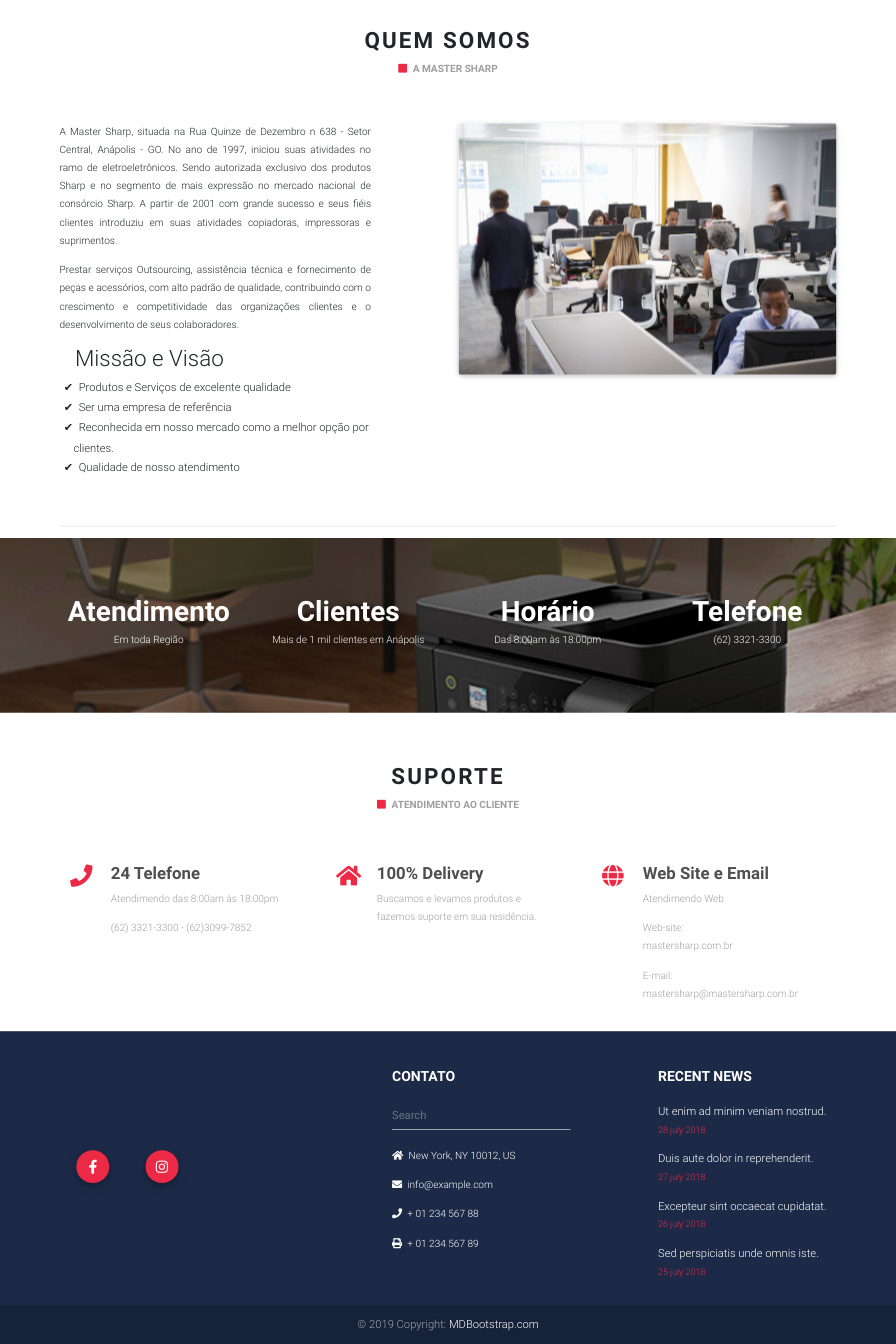
Repository: SalomaoMiguel/mastshap
Page: html/index.html
An editor plug-in stored every save of this project. The page is shown before and after a run of saves, followed by the edit.
The browser window is 1280 px wide. The pictures show the part of the page from y = 1373 to 3293 px (the page is 3293 px tall), at 70% of full size.
Some web libraries are served in a nearby version.

Above is the page before, as saved 2021-02-17 15:35:50.

### html/index.html
<!DOCTYPE html>
<html lang="pt-br">

<head>
  <meta charset="utf-8">
  <meta name="viewport" content="width=device-width, initial-scale=1, shrink-to-fit=no">
  <meta http-equiv="x-ua-compatible" content="ie=edge">
  <title>Master Sharp</title>
  <!-- Font Awesome -->
  <link rel="stylesheet" href="https://use.fontawesome.com/releases/v5.8.2/css/all.css">
  <!-- Bootstrap core CSS -->
  <link href="../css/bootstrap.min.css" rel="stylesheet">
  <!-- Material Design Bootstrap -->
  <link href="../css/mdb.min.css" rel="stylesheet">
  <style>
    html,
        body,
        header,
        .jarallax {
          height: 100%;
        }

        @media (min-width: 560px) and (max-width: 740px) {
          html,
          body,
          header,
          .jarallax {
            height: 500px;
          }
        }

        @media (min-width: 800px) and (max-width: 850px) {
            html,
            body,
            header,
            .jarallax {
              height: 600px;
            }
        }

        @media (min-width: 800px) and (max-width: 850px) {
            .navbar:not(.top-nav-collapse) {
                background: #24355c!important;
            }
            .navbar {
              box-shadow: 0 2px 5px 0 rgba(0,0,0,.16), 0 2px 10px 0 rgba(0,0,0,.12) !important;
            }
        }
    </style>
</head>

<body class="intro-page transport-lp">

  <!--Navigation & Intro-->
  <header>

    <!--Navbar-->
    <nav class="navbar fixed-top navbar-expand-lg navbar-dark scrolling-navbar" style="background-color: #f7f7f7!important;">
      <div class="container">
        <a class="navbar-brand" href="#"><img src="../imga/logo/logomastersharp.png" class="img-fluid  " alt="My photo"></a>
        <button class="navbar-toggler" type="button" data-toggle="collapse" data-target="#navbarSupportedContent"
          aria-controls="navbarSupportedContent" aria-expanded="false" aria-label="Toggle navigation">
          <span class="navbar-toggler-icon"></span>
        </button>
        <div class="collapse navbar-collapse " id="navbarSupportedContent">
          <!--Links-->
          <ul class="navbar-nav mr-auto ml-auto smooth-scroll ">
            <li class="nav-item">
              <a class="nav-link text-muted" href="#home">Início <span class="sr-only">(current)</span></a>
            </li>

            <li class="nav-item">
              <a class="nav-link text-muted" href="#about" data-offset="100">Quem Somos</a>
            </li>
            <li class="nav-item">
              <a class="nav-link text-muted" href="#services" data-offset="30">Soluções</a>
            </li>
            <li class="nav-item">
              <a class="nav-link text-muted" href="#features" data-offset="100">Parceiros</a>
            </li>
            <li class="nav-item">
              <a class="nav-link text-muted" href="#suport" data-offset="100">Suporte</a>
            </li>
            <li class="nav-item">
              <a class="nav-link text-muted" href="#contact" data-offset="30">Contato</a>
            </li>
          </ul>

          <!--Social Icons-->
          <ul class="navbar-nav nav-flex-icons">
            <li class="nav-item">
              <a class="nav-link" href="https://api.whatsapp.com/send?phone=5562991729598&#038;text=Gostaria de informações sobre a Master Sharp" target="_blank" rel="noopener noreferrer"><i class="fab fa-whatsapp text-success"> (62) 99172-9598</i></a>
            </li>
            <li class="nav-item">
              <a class="nav-link" href="https://api.whatsapp.com/send?phone=5562993291564&#038;text=Gostaria de informações sobre a Master Sharp" target="_blank" rel="noopener noreferrer" ><i class="fab fa-whatsapp text-success"> (62) 99329-1564</i></a>
            </li>
          </ul>
        </div>
      </div>
    </nav>
    <!--/Navbar-->

    <!-- Intro Section -->
    <div id="home" class="view jarallax" data-jarallax='{"speed": 0.2}' style="background-image: url('../imga/back/impressorapeople.png'); background-repeat: no-repeat; background-size: cover; background-position: center center;">
      <div class="mask rgba-black-light">
        <div class="container h-100 d-flex justify-content-center align-items-center">
          <div class="row smooth-scroll">
            <div class="col-md-12 white-text text-center">
              <div class="wow fadeInDown" data-wow-delay="0.2s">
                <h1 class="display-4 text-uppercase rgba-black-light px-3 py-2"><strong class="font-weight-bold">Master Sharp sempre inovando.</strong></h1>
                <h5 class="white-text mt-5"></h5>
                <h2 class="white-text text-uppercase h2-responsive font-weight-bold mb-5 mt-4"> Oferecendo assim a melhor solução para redução de custos.</h2>
                <a href="https://api.whatsapp.com/send?phone=5562993291564&#038;text=Gostaria de informações sobre a Master Sharp" target="_blank" rel="noopener noreferrer" data-offset="100" class="btn btn-success btn-rounded"><i class="fab fa-whatsapp text-white" style="font-size: 18px;"> <span class="text-white"> </span></i> &nbsp; Fale conosco</a>
              </div>
            </div>
          </div>
        </div>
      </div>
    </div>

  </header>
  <!--/Navigation & Intro-->

  <!--Main content-->
  <main>

    <!--First container-->
    <div class="container-fluid background-z">
      <div class="container">

        <!--Section: Possibilities-->
        <section class="py-4">

          <!--Secion heading-->
          <h2 id="services" class="text-center text-uppercase font-weight-bold mt-5 pt-4 spacing wow fadeIn" data-wow-delay="0.2s"><strong>Soluções</strong></h2>

          <!--Section description-->
          <p class="text-center text-uppercase font-weight-bold grey-text mb-5 pb-3 wow fadeIn" data-wow-delay="0.2s"><i
              class="fas fa-square red-text-2 mr-2" aria-hidden="true"></i> Nossos Serviços</p>

          <!--First row-->
          <div class="row mb-5 wow fadeIn" data-wow-delay="0.4s">

            <div class="col-lg-3 col-md-6 text-center pt-1">
              <div class="icon-area">
                <div class="circle-icon">
                  <i class="fas fa-print"></i>
                </div>
                <br>
                <strong>Locação de Impressoras</strong>
                <p>Soluções Corporativas em impressão e cópias..</p>
              </div>
            </div>

            <div class="col-lg-3 col-md-6 text-center pt-1">
              <div class="icon-area">
                <div class="circle-icon">
                  <i class="fas fa-print"></i>
                </div>
                <br>
                <strong>Manutenção de Impressoras</strong>
                <p>Equipe de Assistência Técnica altamente qualificada, jovem mas competente e com vasta experiência no seu segmento de atuação.</p>
              </div>
            </div>

            <div class="col-lg-3 col-md-6 text-center pt-1">
              <div class="icon-area">
                <div class="circle-icon">
                  <i class="fas fa-print"></i>
                </div>
                <br>
                <strong>Toners e Recargas</strong>
                <p>Somos especializados em recarga de toners. Oferecemos a sua empresa um serviço de qualidade por um preço acessível.</p>
              </div>
            </div>

            <div class="col-lg-3 col-md-6 text-center pt-1">
              <div class="icon-area">
                <div class="circle-icon">
                  <i class="fas fa-print"></i>
                </div>
                <br>
                <strong>Vendas de Impressoras</strong>
                <p>Sharp, Brother, Samsung, Ricoh, HP, Epson e muito mais. Impressoras de varios modelos.</p>
              </div>
            </div>

          </div>
          <!--/First row-->

        </section>
        <!--/Section: Possibilities-->

      </div>
    </div>
    <!--/First container-->

    <!--Second container-->
    <div class="container">

      <!--Section: About-->
      <section id="about" class="about my-5">

        <!--Secion heading-->
        <h2 class="text-center text-uppercase font-weight-bold mt-5 pt-4 pt-4 spacing wow fadeIn" data-wow-delay="0.2s"><strong>Quem Somos</strong></h2>

        <!--Section description-->
        <p class="text-center text-uppercase font-weight-bold grey-text mb-5 pb-3 wow fadeIn" data-wow-delay="0.2s"><i
            class="fas fa-square red-text-2 mr-2" aria-hidden="true"></i>A Master Sharp</p>

        <!--First row-->
        <div class="row">

          <!--First column column-->
          <div class="col-xl-5 col-lg-6 pb-1 wow fadeIn" data-wow-delay="0.4s">

            <!--Description-->
            <p align="justify">A Master Sharp, situada na Rua Quinze de Dezembro n 638 - Setor Central, Anápolis - GO. No ano de 1997, iniciou suas atividades no ramo de eletroeletrônicos. Sendo autorizada exclusivo dos produtos Sharp e no segmento de mais expressão no mercado nacional de consórcio Sharp. A partir de 2001 com grande sucesso e seus fiéis clientes introduziu em suas atividades copiadoras, impressoras e suprimentos.
            </p>

            <p align="justify">Prestar serviços Outsourcing, assistência técnica e fornecimento de peças e acessórios, com alto padrão de qualidade, contribuindo com o crescimento e competitividade das organizações clientes e o desenvolvimento de seus colaboradores.</p>

            <ul>
              <h2> Missão e Visão</h2>
              <li>Produtos e Serviços de excelente qualidade</li>
              <li>Ser uma empresa de referência</li>
              <li>Reconhecida em nosso mercado como a melhor opção por clientes.</li>
              <li>Qualidade de nosso atendimento</li>
            </ul>

          </div>
          <!--/First column-->

          <!--Column column-->
          <div class="col-xl-6 ml-lg-auto col-lg-6 mb-5 wow fadeIn" data-wow-delay="0.4s">

            <!--Image-->
            <img src="../imga/back/officess.jpg" class="img-fluid rounded z-depth-1"
              alt="My photo">

          </div>
          <!--/Column column-->

        </div>
        <!--/First row-->

      </section>
      <!--/Section: About-->

      <hr>

      <!--Section: Services-->

      <!--/Section: Services-->

    </div>
    <!--/Second container-->

    <!--Streak-->
    <div class="streak streak-photo" style="background-image:url('../imga/back/epson.jpg')">
      <div class="mask flex-center rgba-black-light">
        <div class="container">

          <!--First row -->
          <div class="row text-white text-center wow fadeIn" data-wow-delay="0.2s">

            <!--First column -->
            <div class="col-md-3 mb-2">
              <h1 class="white-text mb-1 font-weight-bold"><strong>Atendimento</strong></h1>
              <p>Em toda Região</p>
            </div>
            <!-- First column -->

            <!--Second column -->
            <div class="col-md-3 mb-2">
              <h1 class="white-text mb-1 font-weight-bold"><strong>Clientes</strong></h1>
              <p>Mais de 1 mil clientes em Anápolis</p>
            </div>
            <!-- Second column -->

            <!--Third column -->
            <div class="col-md-3 mb-2">
              <h1 class="white-text mb-1 font-weight-bold"><strong>Horário</strong></h1>
              <p>Das 8:00am às 18:00pm</p>
            </div>
            <!-- Third column -->

            <!--Fourth column -->
            <div class="col-md-3">
              <h1 class="white-text mb-1 font-weight-bold"><strong>Telefone</strong></h1>
              <p>(62) 3321-3300</p>
            </div>
            <!-- Fourth column -->

          </div>
          <!-- First row -->
        </div>
      </div>
    </div>
    <!--/Streak-->

    <!--Third container-->
    <div class="container">

      <!--Section: Features v.4-->
      <section id="suport" class="feature-box">

        <!--Secion heading-->
        <h2 class="text-center text-uppercase font-weight-bold mt-5 pt-4 spacing wow fadeIn" data-wow-delay="0.2s"><strong>Suporte</strong></h2>

        <!--Section description-->
        <p class="text-center text-uppercase font-weight-bold grey-text mb-5 wow fadeIn" data-wow-delay="0.2s"><i class="fas fa-square red-text-2 mr-2"
            aria-hidden="true"></i>Atendimento ao cliente</p>

        <!--Grid row-->
        <div class="row features-small pt-4">

          <!--Grid column-->
          <div class="col-md-4 mb-4">
            <div class="col-1 col-md-2 float-left">
              <i class="fas fa-phone red-text-2 fa-2x"></i>
            </div>
            <div class="col-10 col-md-9 col-lg-10 float-right">
              <h4 class="font-weight-bold dark-grey-text">24 Telefone </h4>
              <p class="grey-text"> Atendimendo das 8:00am às 18:00pm</p>
              <p class="grey-text"> (62) 3321-3300 - (62)3099-7852</p>
            </div>
          </div>
          <!--Grid column-->

          <!--Grid column-->
          <div class="col-md-4 mb-4">
            <div class="col-1 col-md-2 float-left">
              <i class="fas fa-home red-text-2 fa-2x"></i>
            </div>
            <div class="col-10 col-md-9 col-lg-10 float-right">
              <h4 class="font-weight-bold dark-grey-text">100% Delivery</h4>
              <p class="grey-text"> Buscamos e levamos produtos e fazemos suporte em sua residência.</p>
            </div>
          </div>
          <!--Grid column-->

          <!--Grid column-->
          <div class="col-md-4 mb-4">
            <div class="col-1 col-md-2 float-left">
              <i class="fas fa-globe red-text-2 fa-2x"></i>
            </div>
            <div class="col-10 col-md-9 col-lg-10 float-right">
              <h4 class="font-weight-bold dark-grey-text">Web Site e  Email</h4>
              <p class="grey-text">Atendimendo Web</p>
              <p class="grey-text">Web-site:&emsp;&emsp;&emsp;&emsp;&emsp;&emsp;mastersharp.com.br</p>
              <p class="grey-text">E-mail: mastersharp@mastersharp.com.br</p>
            </div>
          </div>
          <!--Grid column-->

        </div>
        <!--Grid row-->

      </section>
      <!--/Section: Features v.4-->

    </div>
    <!--/Third container-->

    <!--Fourth container-->

    <!--/Fourth container-->

    <!--Fifth container-->

    <!--/Fifth container-->

  </main>
  <!--/Main content-->

  <!--Footer-->
  <footer class="page-footer mdb-color darken-3 text-center text-md-left pt-5">

    <!--Footer Links-->
    <div class="container mb-3">

      <!--First row-->
      <div class="row">

        <!--First column-->
        <div id="contact" class="col-md-4 mt-1 mb-1 wow fadeIn" data-wow-delay="0.3s" >
          <!--About-->
          <h5 class="title mb-4 font-weight-bold"></h5>

          <p>&emsp;</p>

          <p>&emsp;</p>
          <!--/About -->

          <div class="footer-socials mt-2 mr-md-auto ml-md-auto" >
            <!--Facebook-->
            <a    href="https://www.facebook.com/mastersharp.aps/"  type="button" class="btn-floating  ml-4  mr-4 btn-danger-2"><i class="fab fa-facebook-f"></i></a>
            <!--Dribbble-->
            <a  href="https://www.instagram.com/master.sharp/" type="button" class="btn-floating ml-4 mr-4 btn-danger-2"><i class="fab fa-instagram"></i></a>
          </div>
        </div>
        <!--/First column-->

        <hr class="w-100 clearfix d-md-none">

        <!--Second column-->
        <div class="col-lg-3 ml-lg-auto col-md-4 mt-1 mb-1 wow fadeIn" data-wow-delay="0.3s">
          <!--Search-->
          <h5 class="text-uppercase mb-4 font-weight-bold">Contato</h5>

          <ul class="footer-search list-unstyled">
            <li>
              <form class="search-form" role="search">
                <div class="md-form">
                  <input type="text" class="form-control" placeholder="Search">
                </div>
              </form>
            </li>
          </ul>

          <!--Info-->
          <p><i class="fas fa-home pr-1"></i> New York, NY 10012, US</p>
          <p><i class="fas fa-envelope pr-1"></i> info@example.com</p>
          <p><i class="fas fa-phone pr-1"></i> + 01 234 567 88</p>
          <p><i class="fas fa-print pr-1"></i> + 01 234 567 89</p>

        </div>
        <!--/Second column-->

        <hr class="w-100 clearfix d-md-none">

        <!--Third column-->
        <div class="col-lg-3 ml-lg-auto col-md-4 mt-1 mb-1 wow fadeIn" data-wow-delay="0.3s">
          <!--Contact-->
          <h5 class="text-uppercase mb-4 font-weight-bold">Recent news</h5>

          <ul class="footer-posts list-unstyled">
            <li><a>Ut enim ad minim veniam nostrud.</a><span>
                <p class="red-text-2 font-small">28 july 2018</p>
              </span></li>
            <li><a>Duis aute dolor in reprehenderit.</a><span>
                <p class="red-text-2 font-small">27 july 2018</p>
              </span></li>
            <li><a>Excepteur sint occaecat cupidatat.</a><span>
                <p class="red-text-2 font-small">26 july 2018</p>
              </span></li>
            <li><a>Sed perspiciatis unde omnis iste.</a><span>
                <p class="red-text-2 font-small">25 july 2018</p>
              </span></li>
          </ul>

        </div>
        <!--/Third column-->

      </div>
      <!--/First row-->

    </div>
    <!--/Footer Links-->

    <!--Copyright-->
    <div class="footer-copyright py-3 text-center">
      <div class="container-fluid">
        © 2019 Copyright: <a href="https://mdbootstrap.com/education/bootstrap/" target="_blank"> MDBootstrap.com </a>
      </div>
    </div>
    <!--/Copyright-->

  </footer>
  <!--/Footer-->


  <!-- SCRIPTS -->

  <!-- JQuery -->
  <script type="text/javascript" src="../js/jquery-3.4.1.min.js"></script>

  <!-- Bootstrap tooltips -->
  <script type="text/javascript" src="../js/popper.min.js"></script>

  <!-- Bootstrap core JavaScript -->
  <script type="text/javascript" src="../js/bootstrap.min.js"></script>

  <!-- MDB core JavaScript -->
  <script type="text/javascript" src="../js/mdb.min.js"></script>

  <script>
    //Animation init
    new WOW().init();

  </script>

</body>

</html>

Loaded but not shown: css/bootstrap.min.css (library); css/mdb.min.css (library); js/jquery-3.4.1.min.js (library); js/popper.min.js (library); js/bootstrap.min.js (library); js/mdb.min.js (library)

After the next 2 saves:
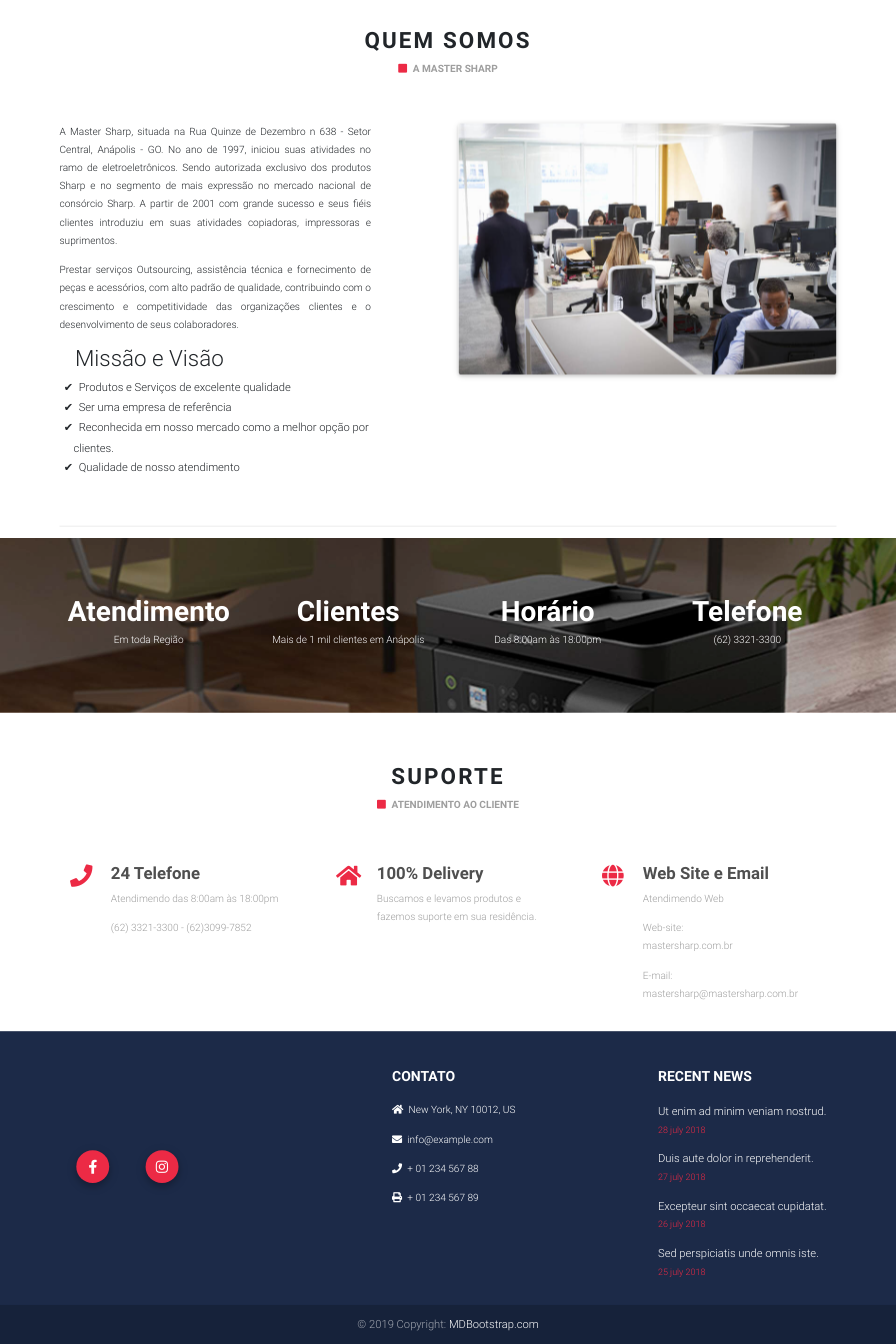
The 2 saves are shown as one change because they came seconds apart.
The last was saved 14 s later.
--- a/html/index.html
+++ b/html/index.html
@@ -408,17 +408,6 @@
         <div class="col-lg-3 ml-lg-auto col-md-4 mt-1 mb-1 wow fadeIn" data-wow-delay="0.3s">
           <!--Search-->
           <h5 class="text-uppercase mb-4 font-weight-bold">Contato</h5>
-
-          <ul class="footer-search list-unstyled">
-            <li>
-              <form class="search-form" role="search">
-                <div class="md-form">
-                  <input type="text" class="form-control" placeholder="Search">
-                </div>
-              </form>
-            </li>
-          </ul>
-
           <!--Info-->
           <p><i class="fas fa-home pr-1"></i> New York, NY 10012, US</p>
           <p><i class="fas fa-envelope pr-1"></i> info@example.com</p>
